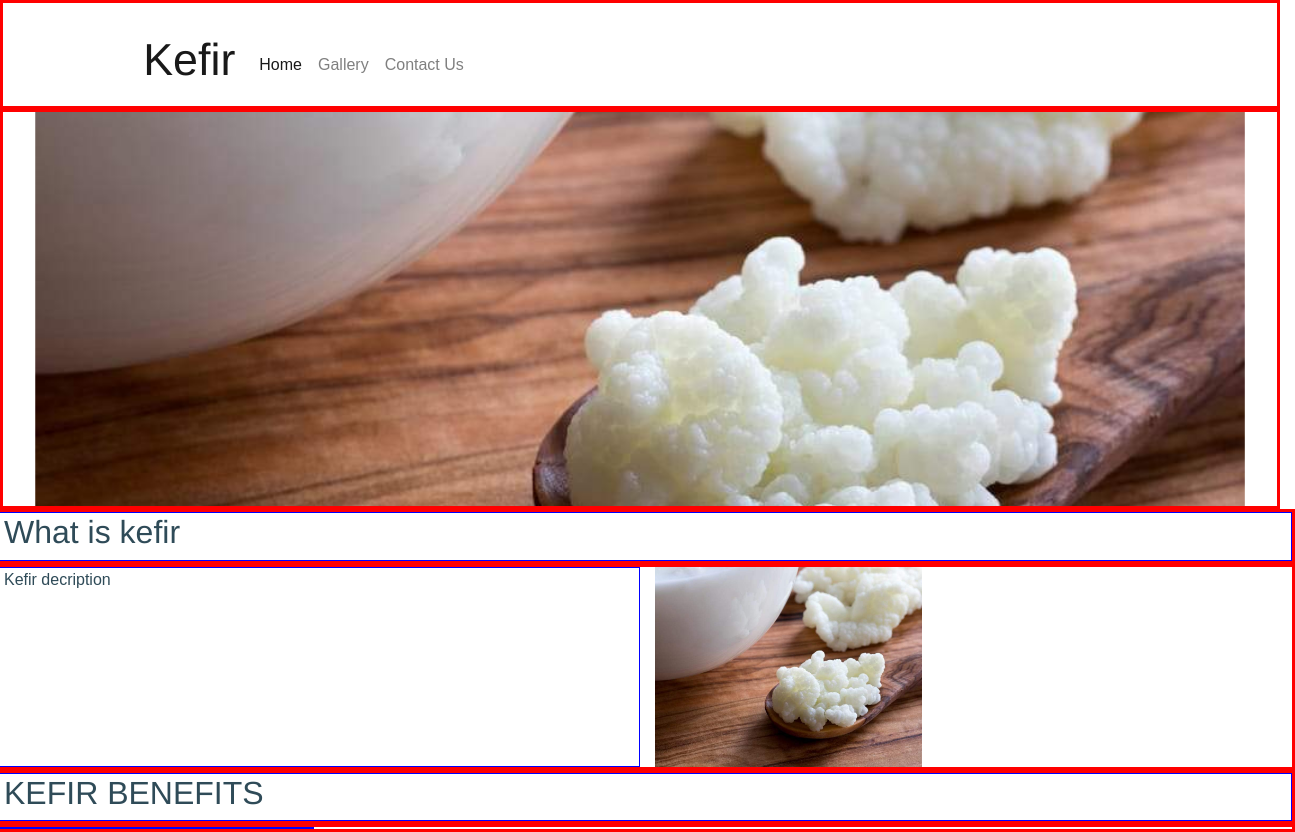
Repository: andna5980/kefir-web
Page: src/index.html
An editor plug-in stored every save of this project. The page is shown before and after the next save, followed by the edit.
The browser window is 1280 px wide. The page is 1295 px wide, so the pictures cover 1295 px, including what lies to the right of the window. The pictures show the whole page.
Some web fonts or font styles are not loaded; a fallback is used. Some web libraries are served in a nearby version.

Above is the page before, as saved 2021-02-28 12:10:58.

After the next save:
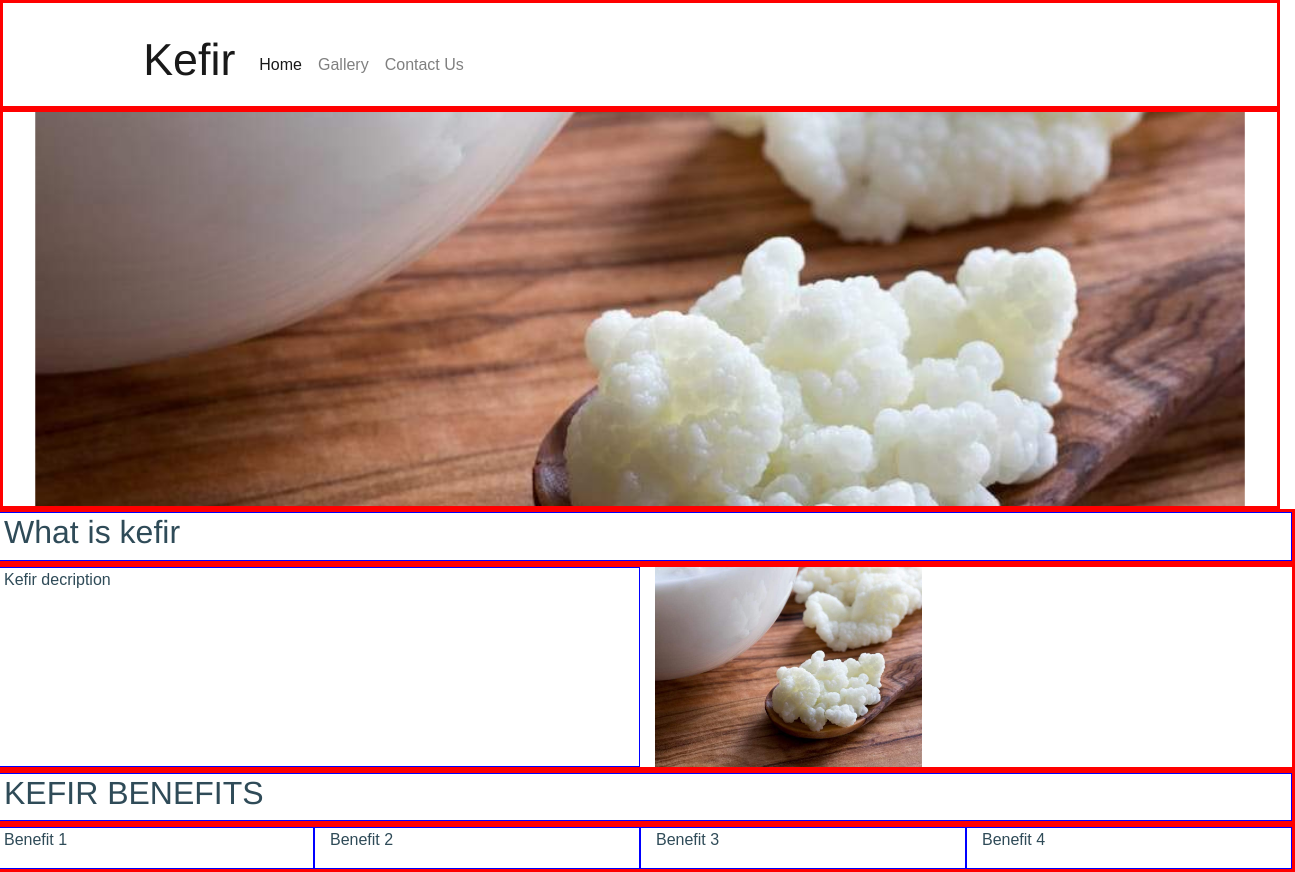
Saved 5 min 9 s later.
--- a/src/index.html
+++ b/src/index.html
@@ -49,12 +49,14 @@
   </div>
 
 
-<!--------------------What-is-kefir-------------------------------------->
+  <!--------------------What-is-kefir-------------------------------------->
 
-<section>
-  <div class=" test-red row">
-    <div class=" test-blue col-12"><h2>What is kefir</h2></div>
-  </div>
+  <section>
+    <div class=" test-red row">
+      <div class=" test-blue col-12">
+        <h2>What is kefir</h2>
+      </div>
+    </div>
 
     <div class=" test-red row">
       <div class="test-blue col-6">
@@ -66,24 +68,36 @@
       </div>
     </div>
 
-</section>
+  </section>
 
 
-<!--------------------Kefir-benefits-------------------------------------->
+  <!--------------------Kefir-benefits-------------------------------------->
 
-<section>
-  <div class="test-red row">
-    <div class=" test-blue col-12"><h2> KEFIR BENEFITS </h2></div>
-  </div>
-  <div class=" test-red row">
-    <div class="test-blue col-3">
+  <section>
+    <div class="test-red row">
+      <div class=" test-blue col-12">
+        <h2> KEFIR BENEFITS </h2>
+      </div>
+    </div>
 
+    <div class=" test-red row">
+      <div class="test-blue col-3">
+          <p>Benefit 1</p>
+      </div>
+      <div class="test-blue col-3">
+        <p>Benefit 2</p>
+      </div>
+      <div class="test-blue col-3">
+        <p>Benefit 3</p>
+      </div>
+      <div class="test-blue col-3">
+        <p>Benefit 4</p>
+      </div>
     </div>
-  </div>
 
 
 
-</section>
+  </section>
 
 
 
